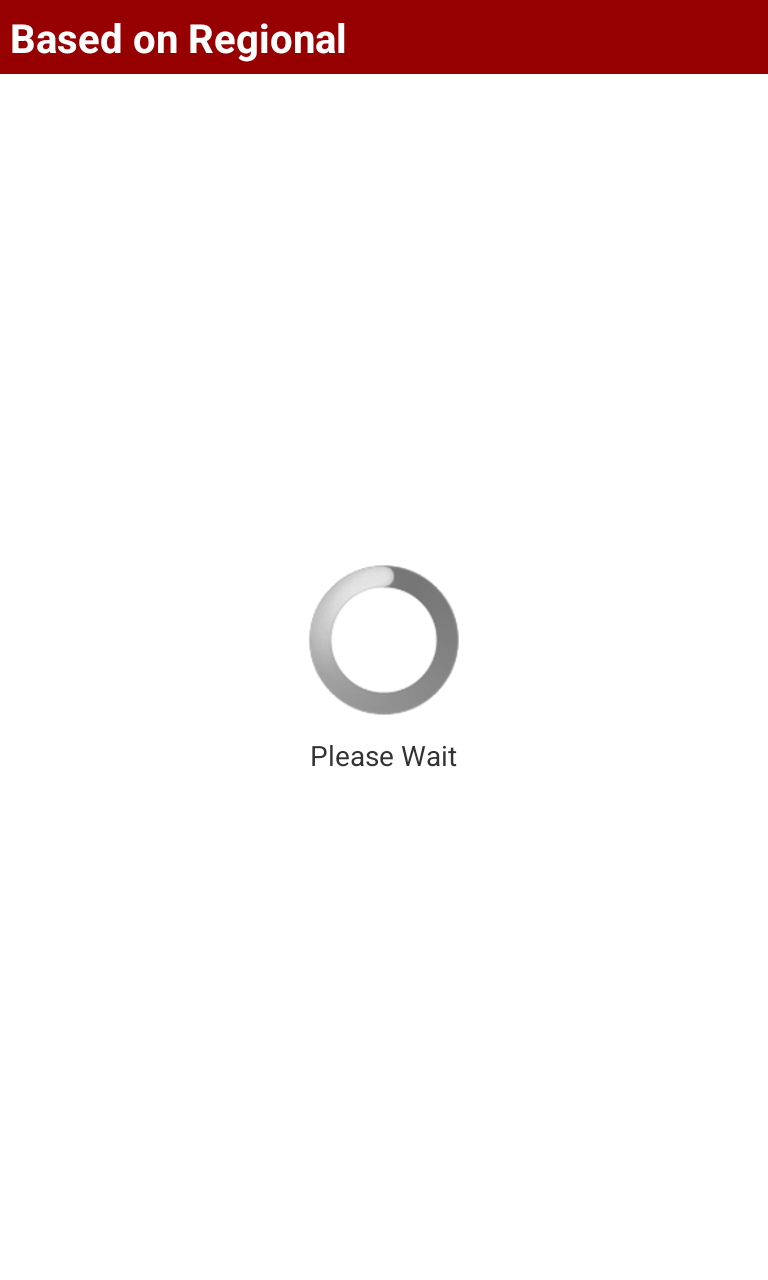
Repository: galihandy/chessboard
Layout: ArsenalIndonesia/res/layout/multiview_regional.xml
The author's editor kept a copy of each file at every save. The layout is drawn from the files as they stood at one save, then again after the next save.
It is drawn on a 768 x 1280 px phone screen (xhdpi) without system bars, with theme android:Theme.Light.NoTitleBar; the app's code is not run. Lists and similar views that code fills are empty.

Above is the layout before, as saved 2013-02-15 14:48:50.

After the next save:
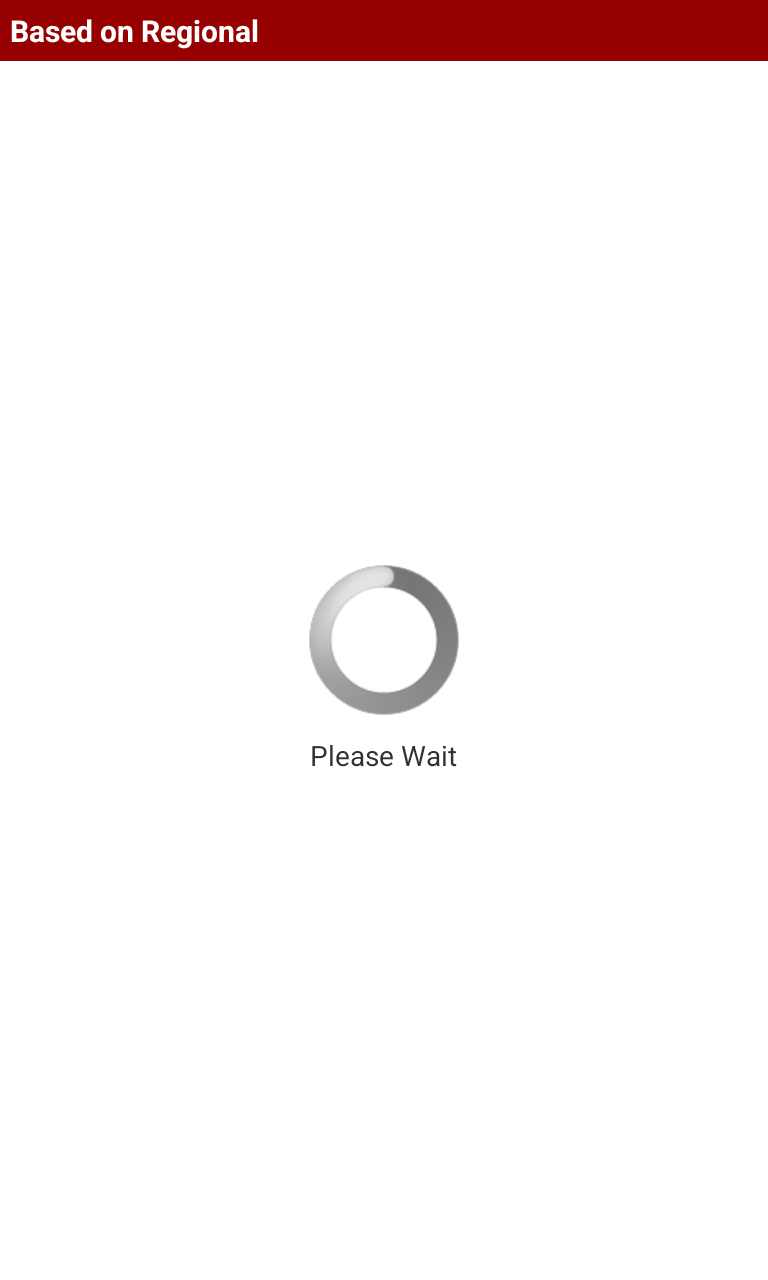
Saved 48 s later.
--- a/ArsenalIndonesia/res/layout/multiview_regional.xml
+++ b/ArsenalIndonesia/res/layout/multiview_regional.xml
@@ -49,7 +49,7 @@
             android:background="@drawable/dark_red"
             android:text="@string/reg_pg_title_lbl"
             android:textColor="@android:color/white"
-            android:textSize="20dp"
+            android:textSize="15dp"
             android:textStyle="bold" />
 
         <ListView

After the save that followed:
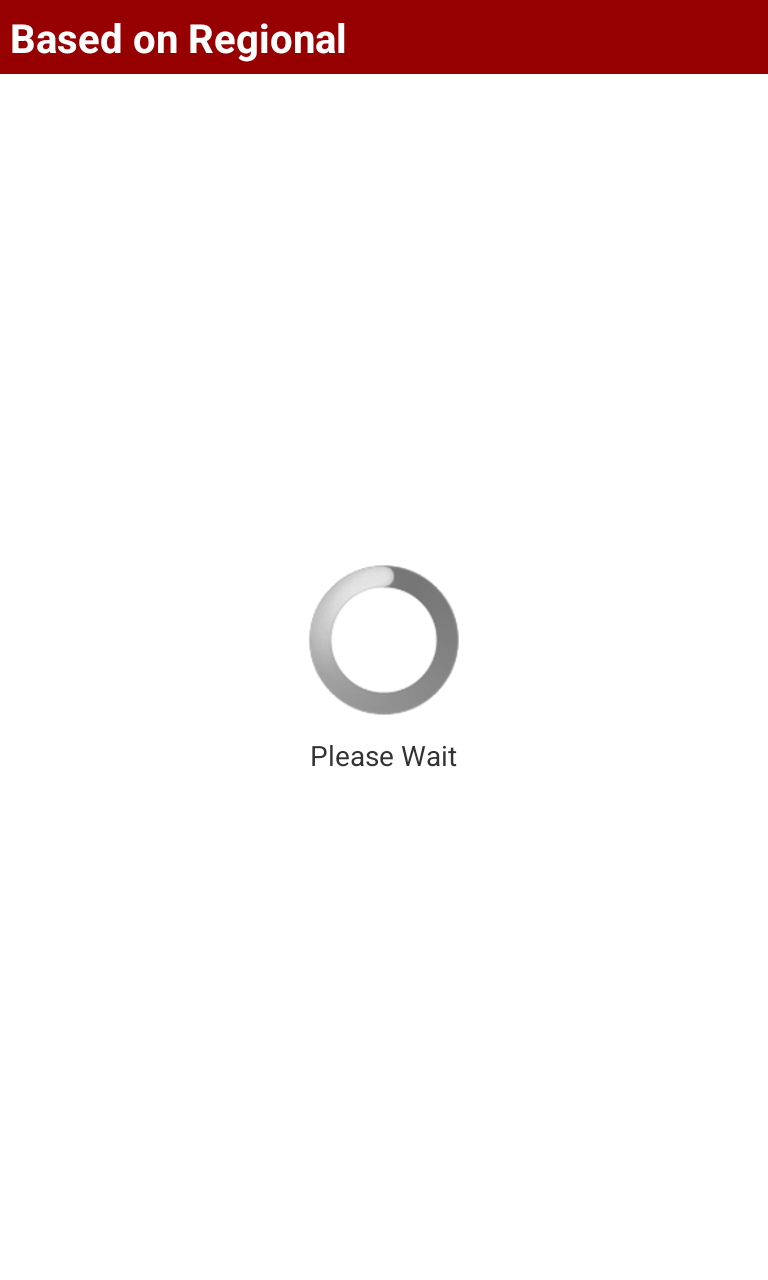
Saved 105 s later.
--- a/ArsenalIndonesia/res/layout/multiview_regional.xml
+++ b/ArsenalIndonesia/res/layout/multiview_regional.xml
@@ -49,7 +49,7 @@
             android:background="@drawable/dark_red"
             android:text="@string/reg_pg_title_lbl"
             android:textColor="@android:color/white"
-            android:textSize="15dp"
+            android:textSize="20dp"
             android:textStyle="bold" />
 
         <ListView
